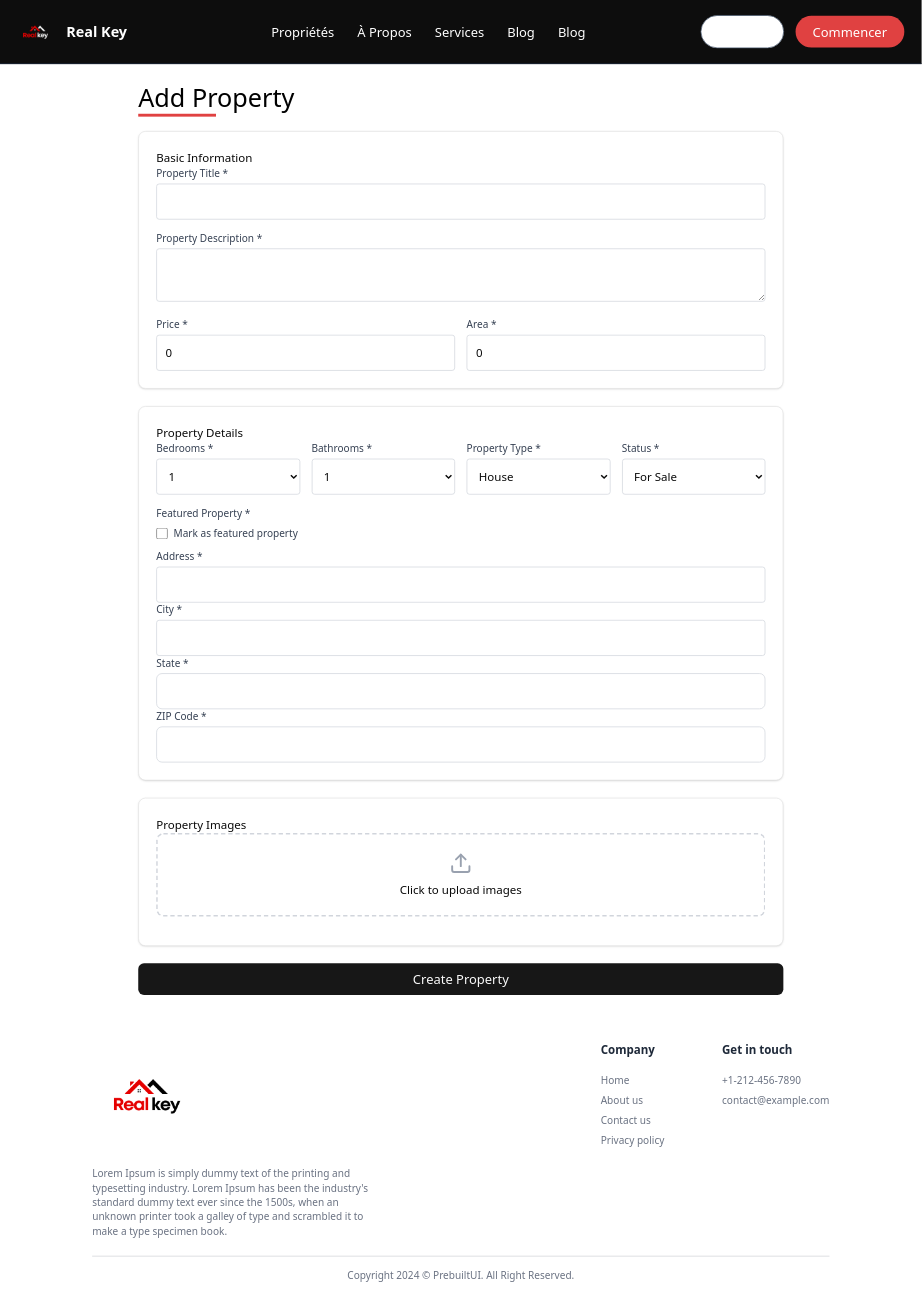
Repository: lamatmed/Real-Key
Page: /properties/new
These files come from the project's save history. The page is drawn as it stood at one moment and after the next save; the edit follows.
The browser window is 1280 px wide. The pictures show the whole page, at 72% of full size.
The page's requests for data from a server got no answer. The project was rebuilt for these pictures with package versions that can differ from the ones it lists, and the page was loaded fresh each time. Some packages were replaced by stand-ins written for this rebuild. The framework's server and built-in components were replaced by stand-ins that run in the browser. No one was signed in, and anything a server would have sent is missing. Also part of the build but not shown: next.config.ts.

Above is the page before, as saved 2025-09-28 15:05:25.

After the next save:
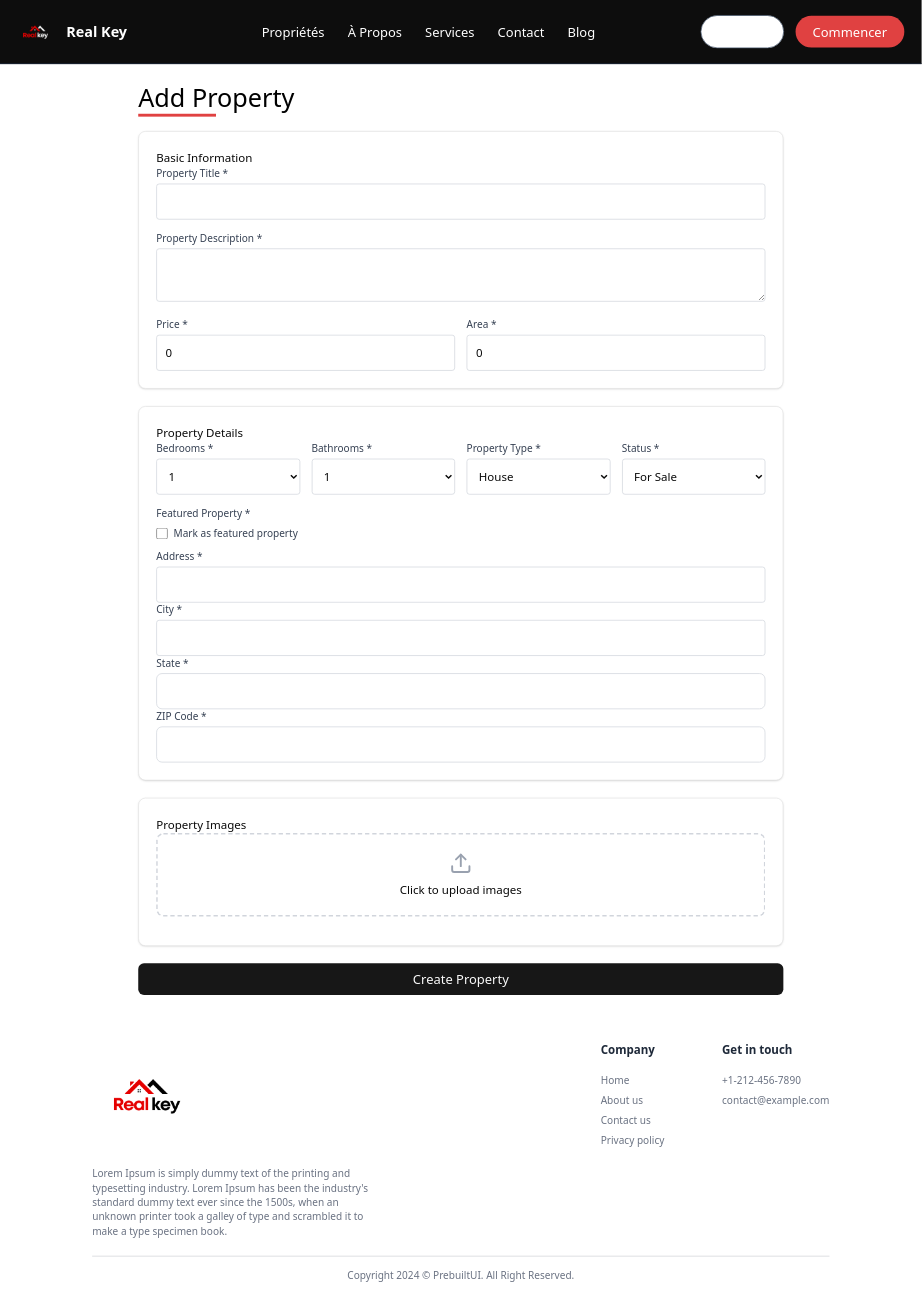
Saved 20 s later.
--- a/app/_components/Navbar.tsx
+++ b/app/_components/Navbar.tsx
@@ -17,7 +17,7 @@
         { href: "/properties", label: "Propriétés" },
         { href: "/about", label: "À Propos" },
         { href: "/services", label: "Services" },
-         { href: "/contact", label: "Blog" },
+         { href: "/contact", label: "Contact" },
         { href: "/blog", label: "Blog" }
     ]
 
